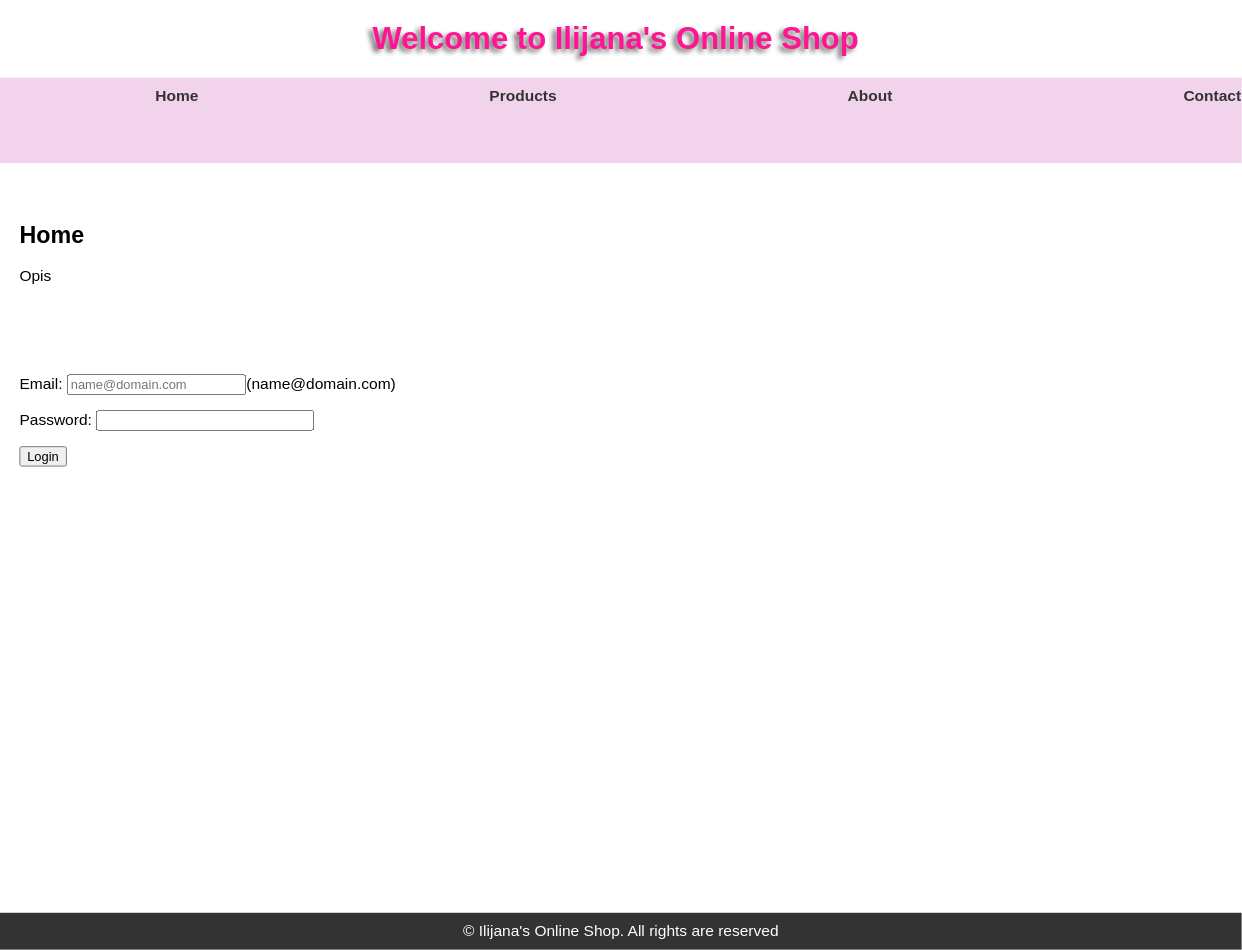
Repository: ilijana123/Proekt1
Page: html.html
The author's editor kept a copy of each file at every save. The page is drawn from the files as they stood at one save, then again after the next save.
The browser window is 1280 px wide. The pictures show the whole page, at 97% of full size.

Above is the page before, as saved 2023-11-12 23:48:37.

After the next save:
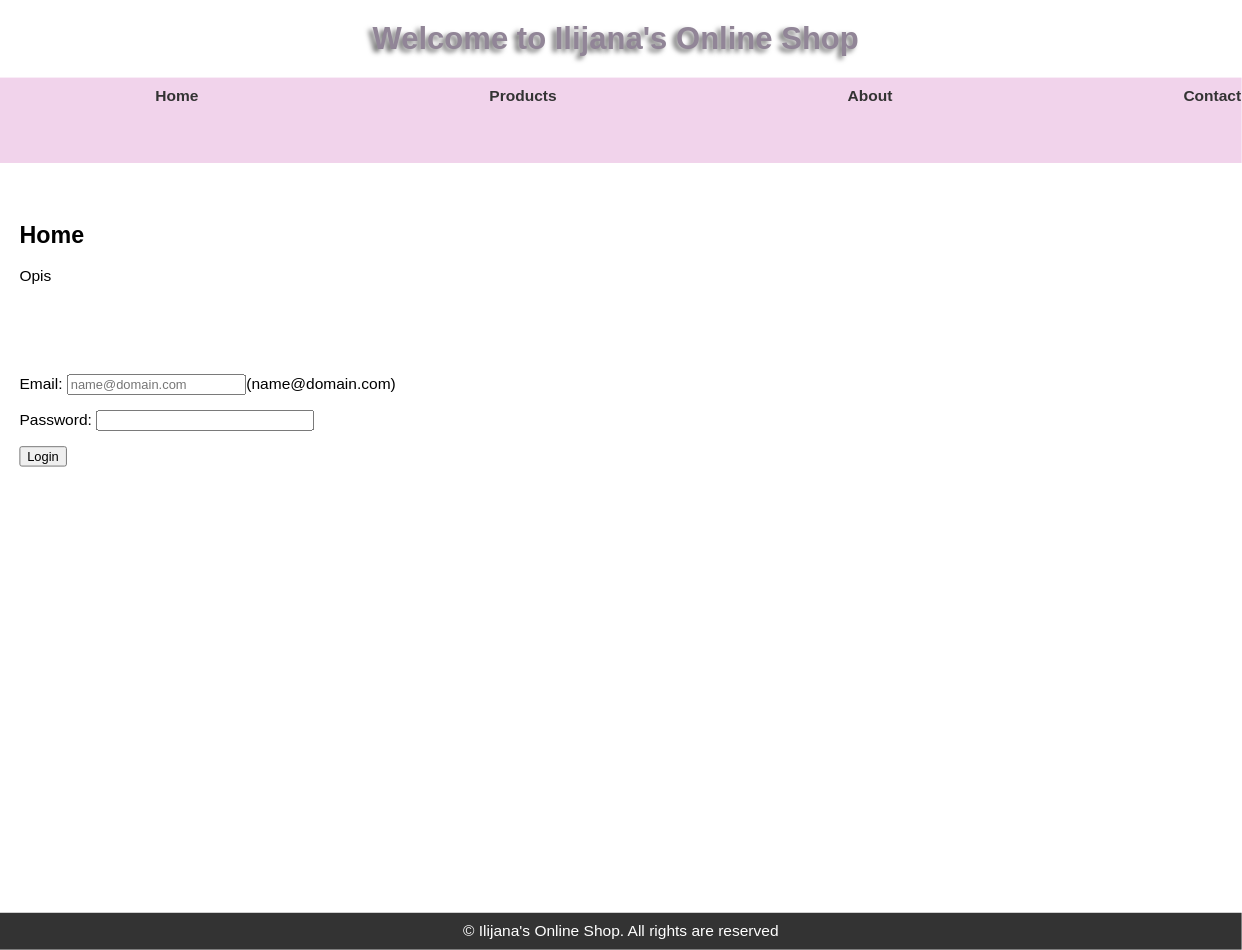
Saved 2 min 7 s later.
--- a/1.css
+++ b/1.css
@@ -1,6 +1,6 @@
 h1  {
      font-family: fantasy;
-        color:deeppink;
+        color:rgb(145, 133, 151);
         text-shadow: -4px 4px 6px dimgrey;
         position:relative;
         margin-left: 30%;
@@ -29,11 +29,11 @@ h1  {
 
     }
 
-    nav ul li {
+    nav ul li
+    {
         display: block; /* Set the display property to block */
         margin-bottom: 50px;
         margin-right: 150px;
-        text-decoration-color: beige;
         margin-left:150px;
     }
     section {
